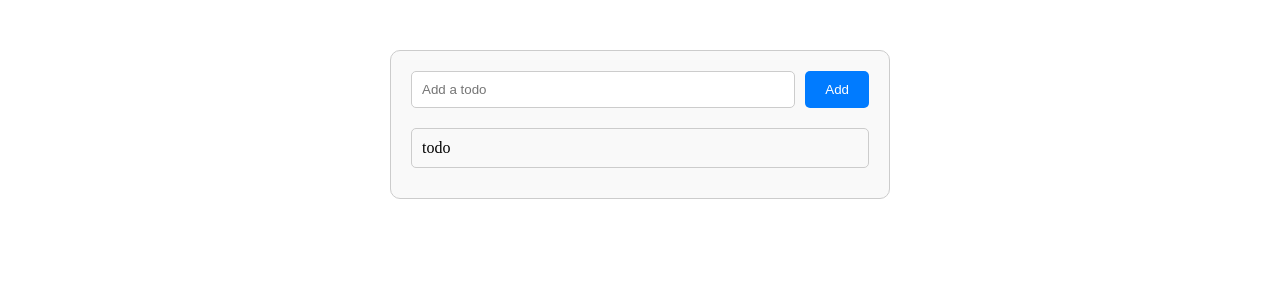
Repository: Fariadd/Vanilla-JS
Page: movieAPI/index.html
The author's editor kept a copy of each file at every save. The page is drawn from the files as they stood at one save, then again after the next save.
The browser window is 1280 px wide. The pictures show the whole page.

Above is the page before, as saved 2024-10-02 20:17:57.

### movieAPI/index.html
<!DOCTYPE html>
<html lang="en">
  <head>
    <meta charset="UTF-8" />
    <meta name="viewport" content="width=device-width, initial-scale=1.0" />
    <title>Document</title>
    <link rel="stylesheet" href="style.css" />
  </head>
  <body>
    <div class="container">
      <form class="form" action="">
        <input type="text" placeholder="Add a todo" class="input" />
        <button class="btn" type="submit">Add</button>
      </form>

      <ul class="card-list">
        <li>todo</li>
      </ul>
    </div>
    <script src="script.js"></script>
  </body>
</html>

### movieAPI/style.css
/* Basic reset */
* {
   margin: 0;
   padding: 0;
   box-sizing: border-box;
 }

 /* Container styling */
 .container {
   max-width: 500px;
   margin: 50px auto;
   padding: 20px;
   border: 1px solid #ccc;
   border-radius: 10px;
   background-color: #f9f9f9;
 }

 /* Form styling */
 .form {
   display: flex;
   justify-content: space-between;
   margin-bottom: 20px;
 }

 .input {
   flex: 1;
   padding: 10px;
   border: 1px solid #ccc;
   border-radius: 5px;
   margin-right: 10px;
 }

 .btn {
   padding: 10px 20px;
   border: none;
   background-color: #007bff;
   color: white;
   border-radius: 5px;
   cursor: pointer;
 }

 .btn:hover {
   background-color: #0056b3;
 }

 /* Todo List */
 .card-list {
   list-style-type: none;
 }

 .card-list li {
   padding: 10px;
   border: 1px solid #ccc;
   border-radius: 5px;
   margin-bottom: 10px;
   display: flex;
   justify-content: space-between;
   align-items: center;
 }

 /* Remove button */
 .remove-btn {
   background-color: #dc3545;
   color: white;
   border: none;
   padding: 5px 10px;
   cursor: pointer;
   border-radius: 5px;
 }

 .remove-btn:hover {
   background-color: #c82333;
 }

### movieAPI/script.js
// const apiURL = "https://fakestoreapi.com/products";
// const container = document.querySelector(".container");

// const promice = async () => {
//   try {
//     const res = await fetch(apiURL);
//     if (!res.ok) throw new Error("wrror resp");
//     const data = await res.json();

//     data.forEach((user) => {
//       const div = document.createElement("div");
//       div.classList.add("card");

//       const titleText = document.createElement("h3");
//       titleText.classList.add("title");
//       titleText.textContent = user.title;

//       const img = document.createElement("img");
//       img.classList.add("image");
//       img.src = user.image;

//       div.appendChild(titleText);
//       div.appendChild(img);
//       container.appendChild(div);
//     });
//   } catch (err) {
//     console.log(err.message);
//   }
// };
// promice();

const input = document.querySelector(".input");
const form = document.querySelector(".form");
const cardList = document.querySelector(".card-list");

function displayItemFromStorage(item) {
  let itemFromStorage = getItemFromStorage();
}

form.addEventListener("submit", (e) => {
  e.preventDefault();

  let inputValue = input.value.trim();
  if (inputValue === "") {
    alert("add a todo");
    return;
  }

  if (existingItem(inputValue)) {
    alert("Item already exists!");
    return;
  }
  createTodo(inputValue);
  addItemToStorage(inputValue);

  input.value = "";
});
function createTodo(todoText) {
  const li = document.createElement("li");
  li.textContent = todoText;

  const btn = document.createElement("button");
  btn.textContent = "Remove";
  btn.classList.add("remove-btn");

  li.appendChild(btn);

  // Append the new todo item to the list
  cardList.appendChild(li);
}
function addItemToStorage(newItem) {
  let itemFromStorage = getItemFromStorage();
  itemFromStorage.push(newItem);
  localStorage.setItem("item", JSON.stringify(itemFromStorage));
}

function getItemFromStorage() {
  let itemFromStorage;
  if (localStorage.getItem("item") === null) {
    itemFromStorage = [];
  } else {
    itemFromStorage = JSON.parse(localStorage.getItem("item"));
  }
  return itemFromStorage;
}

function removeItemFromStorage(event) {
  if (event.target.classList.contains("remove-btn"))
    if (confirm("Delete")) {
      const li = event.target.parentElement;
      const textItem = li.textContent.replace("Remove", "");
      li.remove(); // remove from ui

      // update local storage
      let itemsFromStorage = getItemFromStorage();
      itemsFromStorage = itemsFromStorage.filter((item) => item !== textItem);
      localStorage.setItem("item", JSON.stringify(itemsFromStorage));
    }
}

function existingItem(item) {
  let itemFromStorage = getItemFromStorage();
  return itemFromStorage.includes(item);
}
cardList.addEventListener("input", existingItem);
cardList.addEventListener("click", removeItemFromStorage);
document.addEventListener("DOMContentLoaded", displayItemFromStorage);

After the next save:
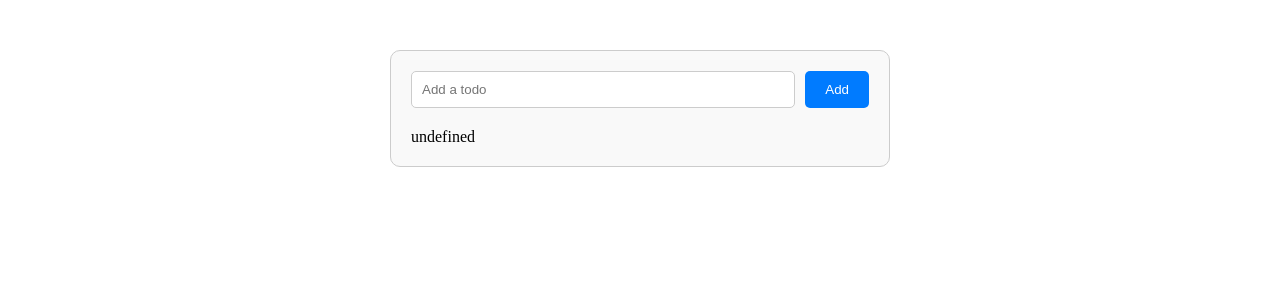
Saved 95 s later.
--- a/movieAPI/script.js
+++ b/movieAPI/script.js
@@ -35,6 +35,9 @@
 
 function displayItemFromStorage(item) {
   let itemFromStorage = getItemFromStorage();
+  if (itemFromStorage) {
+    cardList.innerHTML = createTodo(item);
+  }
 }
 
 form.addEventListener("submit", (e) => {

After the save that followed:
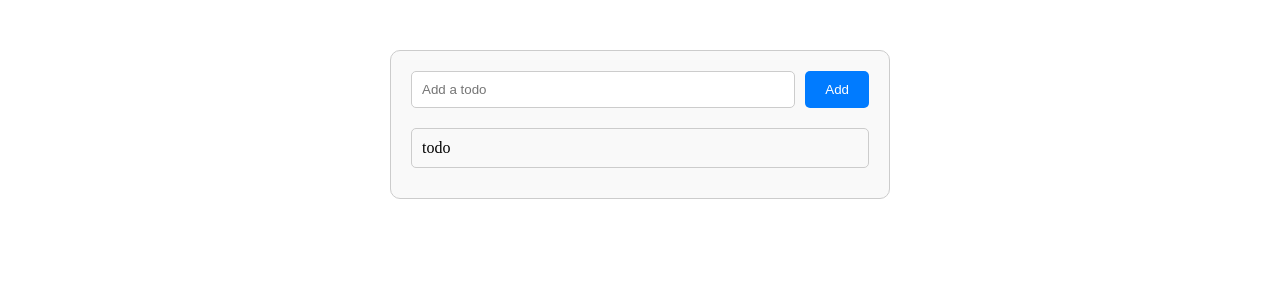
Saved 44 s later.
--- a/movieAPI/script.js
+++ b/movieAPI/script.js
@@ -32,13 +32,6 @@
 const input = document.querySelector(".input");
 const form = document.querySelector(".form");
 const cardList = document.querySelector(".card-list");
-
-function displayItemFromStorage(item) {
-  let itemFromStorage = getItemFromStorage();
-  if (itemFromStorage) {
-    cardList.innerHTML = createTodo(item);
-  }
-}
 
 form.addEventListener("submit", (e) => {
   e.preventDefault();
@@ -107,4 +100,9 @@
 }
 cardList.addEventListener("input", existingItem);
 cardList.addEventListener("click", removeItemFromStorage);
+
 document.addEventListener("DOMContentLoaded", displayItemFromStorage);
+
+function displayItemFromStorage(item) {
+  let itemFromStorage = getItemFromStorage();
+}
